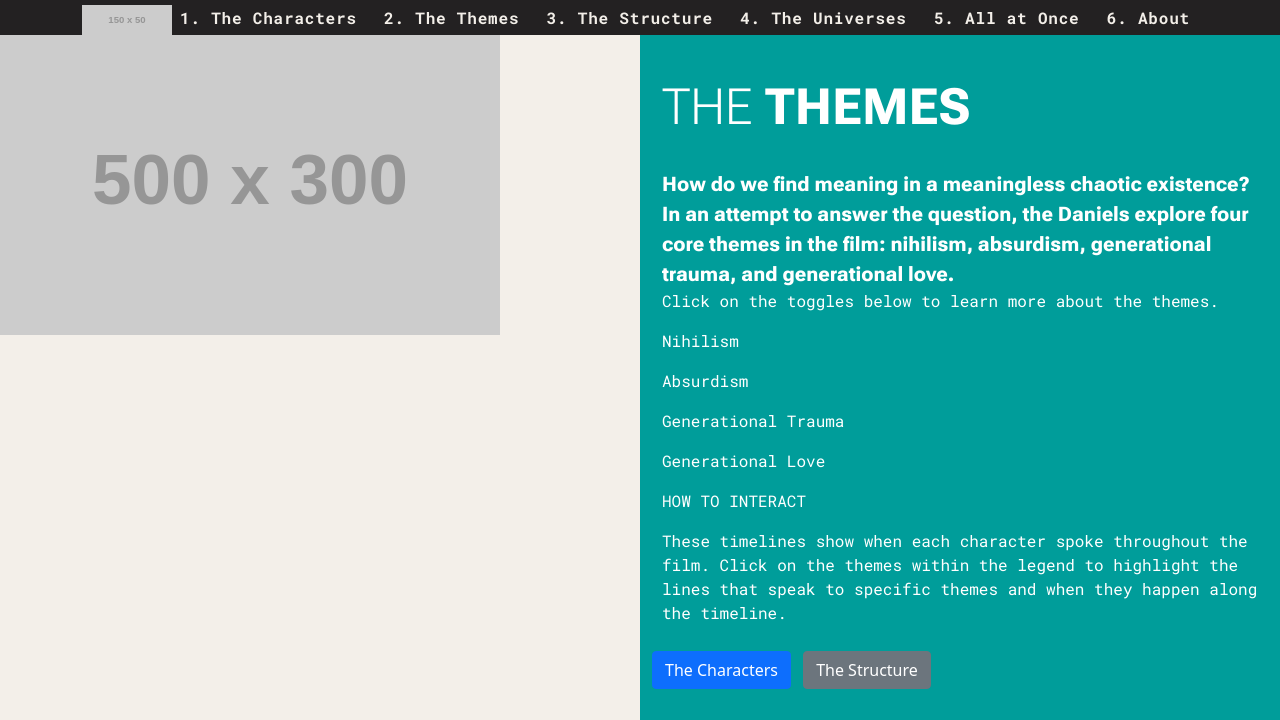
Repository: angelica-hom/msdv-thesis
Page: themes.html
The author's editor kept a record of every edit. The page is drawn from the files as they stood at one moment, then again after the next edit.
The browser window is 1280 px wide. The pictures show the whole page.

Above is the page before.

After the next edit:
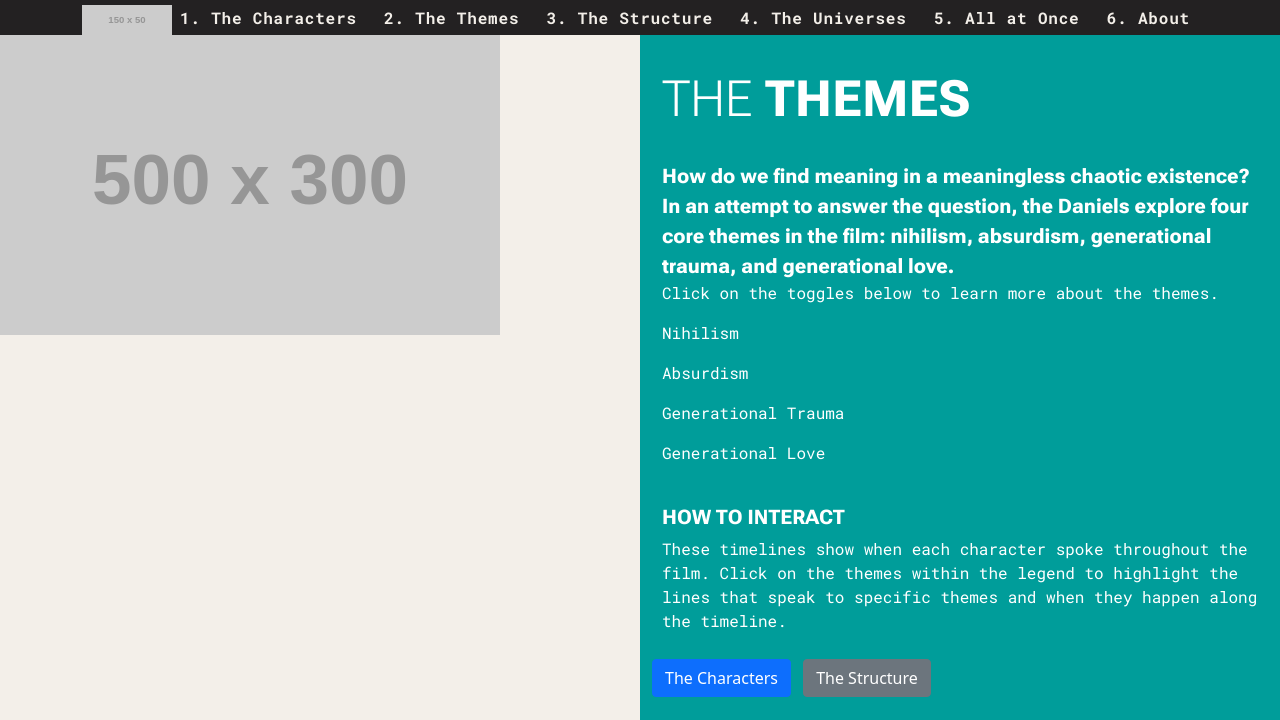
The edit:
--- a/themes.html
+++ b/themes.html
@@ -52,7 +52,7 @@
                     <p>Absurdism</p>
                     <p>Generational Trauma</p>
                     <p>Generational Love</p>
-                    <p>HOW TO INTERACT</p>
+                    <br><h3>HOW TO INTERACT</h3>
                     <p>These timelines show when each character spoke throughout the film. Click on the themes within the legend to highlight the lines that speak to specific themes and when they happen along the timeline.</p>
                     </div>
                 <div>
